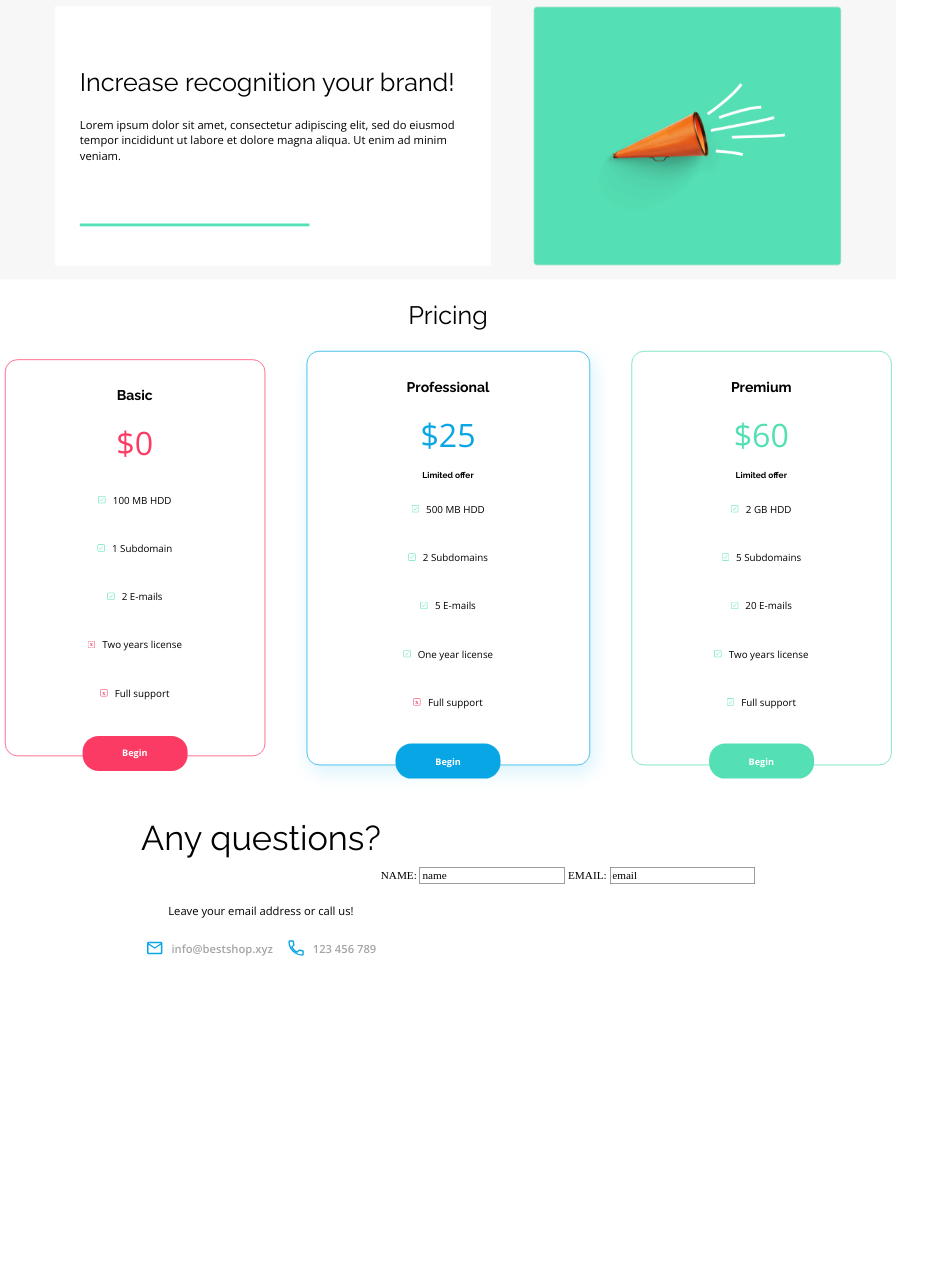
Repository: Widzisz/bestshop-website
Page: index.html
The author's editor kept a copy of each file at every save. The page is drawn from the files as they stood at one save, then again after the next save.
The browser window is 1280 px wide. The page is 1352 px wide, so the pictures cover 1352 px, including what lies to the right of the window. The pictures show the part of the page from y = 2085 to 3925 px (the page is 3925 px tall), at 70% of full size.

Above is the page before, as saved 2021-03-20 16:14:54.

### index.html
<!DOCTYPE html>
<html lang="en">

<head>
  <meta charset="UTF-8">
  <meta http-equiv="X-UA-Compatible" content="IE=edge">
  <meta name="viewport" content="width=device-width, initial-scale=1.0">
  <link rel="preconnect" href="https://fonts.gstatic.com">
  <link
    href="https://fonts.googleapis.com/css2?family=Open+Sans:ital,wght@0,300;0,400;0,600;0,700;0,800;1,300;1,400;1,600;1,700;1,800&family=Raleway:ital,wght@0,100;0,200;0,300;0,400;0,500;0,600;0,700;0,800;0,900;1,100;1,200;1,300;1,400;1,500;1,600;1,700;1,800;1,900&display=swap"
    rel="stylesheet">
  <title>BestShop</title>
  <link rel="stylesheet" href="css/normalize.css">
  <link rel="stylesheet" href="css/style.css">
</head>

<body>
  <div class="hero">
    <!-- TODO:!!! HEADER + NAV !!!-->
    <header class="header">
      <div class="container">

        <div class="logo">
          <a href="" class="logo__title">
            BestShop
          </a>
        </div>

        <nav class="menu">
          <ul class="menu__list">
            <li><a href="">WHY US</a></li>
            <li><a href="">BENEFITS</a></li>
            <li><a href="">PRICES</a></li>
            <li><a href="">CONTACT</a></li>
          </ul>
        </nav>

      </div>
    </header>

    <!--!!! SEKCJA PIERWSZA !!!-->
    <section class="welcome">
      <div class="welcome__rows">
        <h1 class="welcome__rows-title">
          Sell More
        </h1>
        <p class="welcome__rows-text">
          Open shop on our platform and increase your sales
        </p>
        <div class="welcome__rows-btn">
          <a href="" class="welcome__rows-btn-1">
            Open your shop
          </a>
        </div>
      </div>
    </section>

    <!-- TODO:!!! SEKCJA DRUGA !!!-->
    <section class="container">
      <div class="statistics">
        <h2 class="statistics__title">
          The most popular sales platform in country
        </h2>

        <div class="statistics__rows">

          <div class="statistics__rows-1">
            <div class="statistics__rows-picture">
              <div class="statistics__rows-circle-1">
              </div>
              <img src="images/person.svg" alt="" class="statistics-icon-1">
            </div>
            <p class="statistics__rows-numbers">
              100000+
            </p>
            <p class="statistics__rows-text">
              daily entries
            </p>
          </div>

          <div class="statistics__rows-2">
            <div class="statistics__rows-picture">
              <div class="statistics__rows-circle-2">
              </div>
              <img src="images/eye.svg" alt="" class="statistics-icon-2">
            </div>
            <p class="statistics__rows-numbers">
              2000000+
            </p>
            <p class="statistics__rows-text">
              seen products every day
            </p>
          </div>

          <div class="statistics__rows-3">
            <div class="statistics__rows-picture">
              <div class="statistics__rows-circle-3">
              </div>
              <img src="images/catalog.svg" alt="" class="statistics-icon-3">
            </div>
            <p class="statistics__rows-numbers">
              10000+
            </p>
            <p class="statistics__rows-text">
              added posts daily
            </p>
          </div>


        </div>
      </div>
    </section>


    <!-- TODO:!!! SEKCJA TRZECIA !!!-->
    <div class="hero-2">
      <section class="container-2">

        <div class="promotion-1">
          <div class="promotion__image-1">
            <div class="promotion__picture">
              <img src="images/macbook.png" alt="" class="promotion__picture-1">
            </div>
            <div class="promotion__image-figure-1">
            </div>
          </div>
          <div class="text__rows">
            <h2 class="text__rows-title">
              Be always first
            </h2>
            <p class="text__rows-text">
              Lorem ipsum dolor sit amet, consectetur adipiscing elit, sed do eiusmod tempor incididunt ut labore et
              dolore magna aliqua. Ut enim ad minim veniam.
            </p>
            <div class="text__rows-underline-1">
            </div>
          </div>
        </div>

        <div class="promotion-2">
          <div class="promotion__image-2">
            <div class="promotion__picture">
              <img src="images/iphone.png" alt="" class="promotion__picture-2">
            </div>
            <div class="promotion__image-figure-2">
            </div>
          </div>
          <div class="text__rows-2">
            <h2 class="text__rows-title-2">
              Your shop is where you are!
            </h2>
            <p class="text__rows-text">
              Lorem ipsum dolor sit amet, consectetur adipiscing elit, sed do eiusmod tempor incididunt ut labore et
              dolore magna aliqua. Ut enim ad minim veniam.
            </p>
            <div class="text__rows-underline-2">
            </div>
          </div>
        </div>



        <div class="promotion-3">

          <div class="promotion-3__container">
            <div class="text__rows">
              <h2 class="text__rows-title-3">
                Increase recognition your brand!
              </h2>
              <p class="text__rows-text-3">
                Lorem ipsum dolor sit amet, consectetur adipiscing elit, sed do eiusmod tempor incididunt ut labore et
                dolore magna aliqua. Ut enim ad minim veniam.
              </p>
              <div class="text__rows-underline-3">
              </div>
            </div>
          </div>



          <div class="promotion__image-3">
            <div class="promotion__picture">
              <img src="images/trumpet.png" alt="" class="promotion__picture-3">
            </div>
            <div class="promotion__image-figure-3">
            </div>
          </div>
        </div>

      </section>
    </div>


    <!--TODO:--!!! SEKCJA CZWARTA !!!-->
    <div class="hero-3">
      <section class="container-3">
        <h2 class="pricing__title">
          Pricing
        </h2>
        <div class="pricing__boxes">
          <div class="box-1">
            <p class="box__title">
              Basic
            </p>
            <p class="box__price">
              $0
            </p>

            <div class="box__rows">
              <div class="box__rows-1">
                <img src="images/ckechmark-1.svg " alt="" class="box__rows-image">
                <p class="box__rows-1-text">
                  100 MB HDD
                </p>

              </div>
            </div>

            <div class="box__rows">
              <div class="box__rows-1">
                <img src="images/ckechmark-1.svg " alt="" class="box__rows-image">
                <p class="box__rows-1-text">
                  1 Subdomain
                </p>

              </div>
            </div>

            <div class="box__rows">
              <div class="box__rows-1">
                <img src="images/ckechmark-1.svg " alt="" class="box__rows-image">
                <p class="box__rows-1-text">
                  2 E-mails
                </p>

              </div>
            </div>


            <div class="box__rows">
              <div class="box__rows-1">
                <img src="images/close.svg " alt="" class="box__rows-image">
                <p class="box__rows-1-text">
                  Two years license
                </p>

              </div>
            </div>


            <div class="box__rows-last">
              <div class="box__rows-1">
                <img src="images/close.svg" alt="" class="box__rows-image">
                <p class="box__rows-1-text">
                  Full support
                </p>
              </div>
            </div>

            <div class="box-1__btn">
              <a href="" class="box-1__btn-a">
                Begin
              </a>
            </div>



          </div>
          <!--TODO:--!!! BOX 2 !!!-->
          <div class="box-2">
            <p class="box__title">
              Professional
            </p>
            <p class="box__price-2">
              $25
            </p>
            <p class="box__undertitle">
              Limited offer
            </p>

            <div class="box__rows">
              <div class="box__rows-1">
                <img src="images/ckechmark-1.svg " alt="" class="box__rows-image">
                <p class="box__rows-1-text">
                  500 MB HDD
                </p>

              </div>
            </div>

            <div class="box__rows">
              <div class="box__rows-1">
                <img src="images/ckechmark-1.svg " alt="" class="box__rows-image">
                <p class="box__rows-1-text">
                  2 Subdomains
                </p>

              </div>
            </div>

            <div class="box__rows">
              <div class="box__rows-1">
                <img src="images/ckechmark-1.svg " alt="" class="box__rows-image">
                <p class="box__rows-1-text">
                  5 E-mails
                </p>

              </div>
            </div>


            <div class="box__rows">
              <div class="box__rows-1">
                <img src="images/ckechmark-1.svg " alt="" class="box__rows-image">
                <p class="box__rows-1-text">
                  One year license
                </p>

              </div>
            </div>


            <div class="box__rows-last">
              <div class="box__rows-1">
                <img src="images/close.svg" alt="" class="box__rows-image">
                <p class="box__rows-1-text">
                  Full support
                </p>
              </div>
            </div>

            <div class="box-2__btn">
              <a href="" class="box-1__btn-a">
                Begin
              </a>
            </div>













            <!--TODO:KONIEC Boxow !!!-->
          </div>
          <!--TODO:--!!! BOX 3 !!!-->
          <div class="box-3">
            <p class="box__title">
              Premium
            </p>
            <p class="box__price-3">
              $60
            </p>
            <p class="box__undertitle">
              Limited offer
            </p>

            <div class="box__rows">
              <div class="box__rows-1">
                <img src="images/ckechmark-1.svg " alt="" class="box__rows-image">
                <p class="box__rows-1-text">
                  2 GB HDD
                </p>

              </div>
            </div>

            <div class="box__rows">
              <div class="box__rows-1">
                <img src="images/ckechmark-1.svg " alt="" class="box__rows-image">
                <p class="box__rows-1-text">
                  5 Subdomains
                </p>

              </div>
            </div>

            <div class="box__rows">
              <div class="box__rows-1">
                <img src="images/ckechmark-1.svg " alt="" class="box__rows-image">
                <p class="box__rows-1-text">
                  20 E-mails
                </p>

              </div>
            </div>


            <div class="box__rows">
              <div class="box__rows-1">
                <img src="images/ckechmark-1.svg " alt="" class="box__rows-image">
                <p class="box__rows-1-text">
                  Two years license
                </p>

              </div>
            </div>


            <div class="box__rows-last">
              <div class="box__rows-1">
                <img src="images/ckechmark-1.svg" alt="" class="box__rows-image">
                <p class="box__rows-1-text">
                  Full support
                </p>
              </div>
            </div>

            <div class="box-3__btn">
              <a href="" class="box-1__btn-a">
                Begin
              </a>
            </div>
          </div>
        </div>
      </section>
    </div>

    <!--TODO:--!!! SEKCJA PIATA !!!-->

    <div class="hero-4">
      <section class="container-4">


        <div class="box-questions">
          <h3 class="box-questions__title">
            Any questions?
          </h3>
          <p class="box-questions__text">
            Leave your email address or call us!
          </p>
          <div class="box-questions-row-1">
            <img src="images/mail icon.svg" alt="">
            <p class="box-questions-row-1-text">
              info@bestshop.xyz
            </p>
            <img src="images/phone icon.svg" alt="" class="box-questions-row-image">
            <p class="box-questions-row-1-text">
              123 456 789
            </p>
          </div>
        </div>

<form class="box-form">

    <label for="name">NAME:</label>
    <input type="text" id="name" name="name" value="name" readonly>
    <label for="email">EMAIL:</label>
    <input type="email" id="email" name="email" value="email">

</form>








      </section>
    </div>







  </div>

</body>

</html>

Loaded but not shown: css/normalize.css (library); css/style.css (694 lines, source omitted)

After the next save:
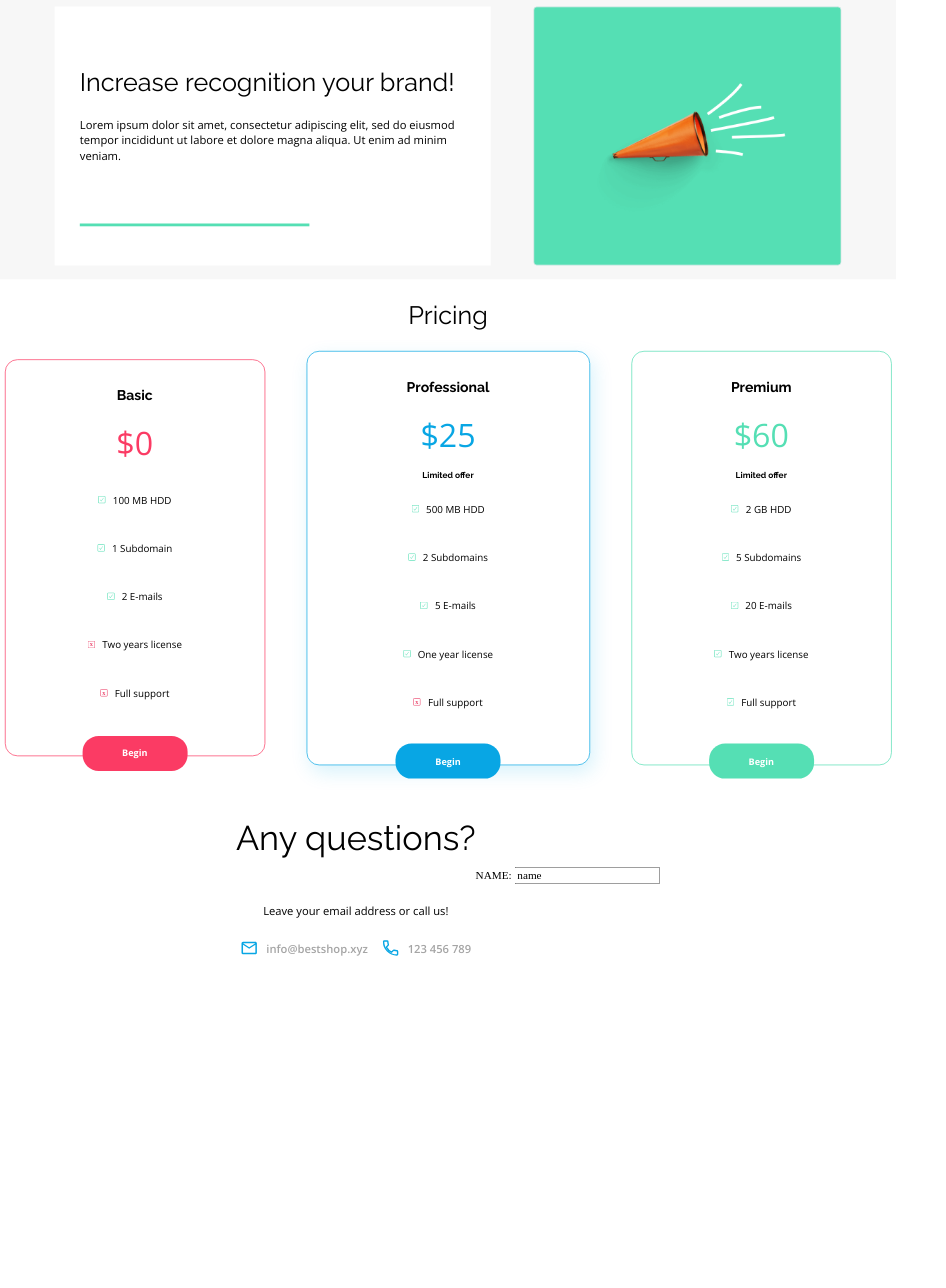
Saved 46 s later.
--- a/index.html
+++ b/index.html
@@ -449,9 +449,9 @@
 
 <form class="box-form">
 
-    <label for="name">NAME:</label>
+    <label for="name" class="form__text">NAME:</label>
     <input type="text" id="name" name="name" value="name" readonly>
-    <label for="email">EMAIL:</label>
+    <label for="email" class="form__text>EMAIL:</label>
     <input type="email" id="email" name="email" value="email">
 
 </form>
